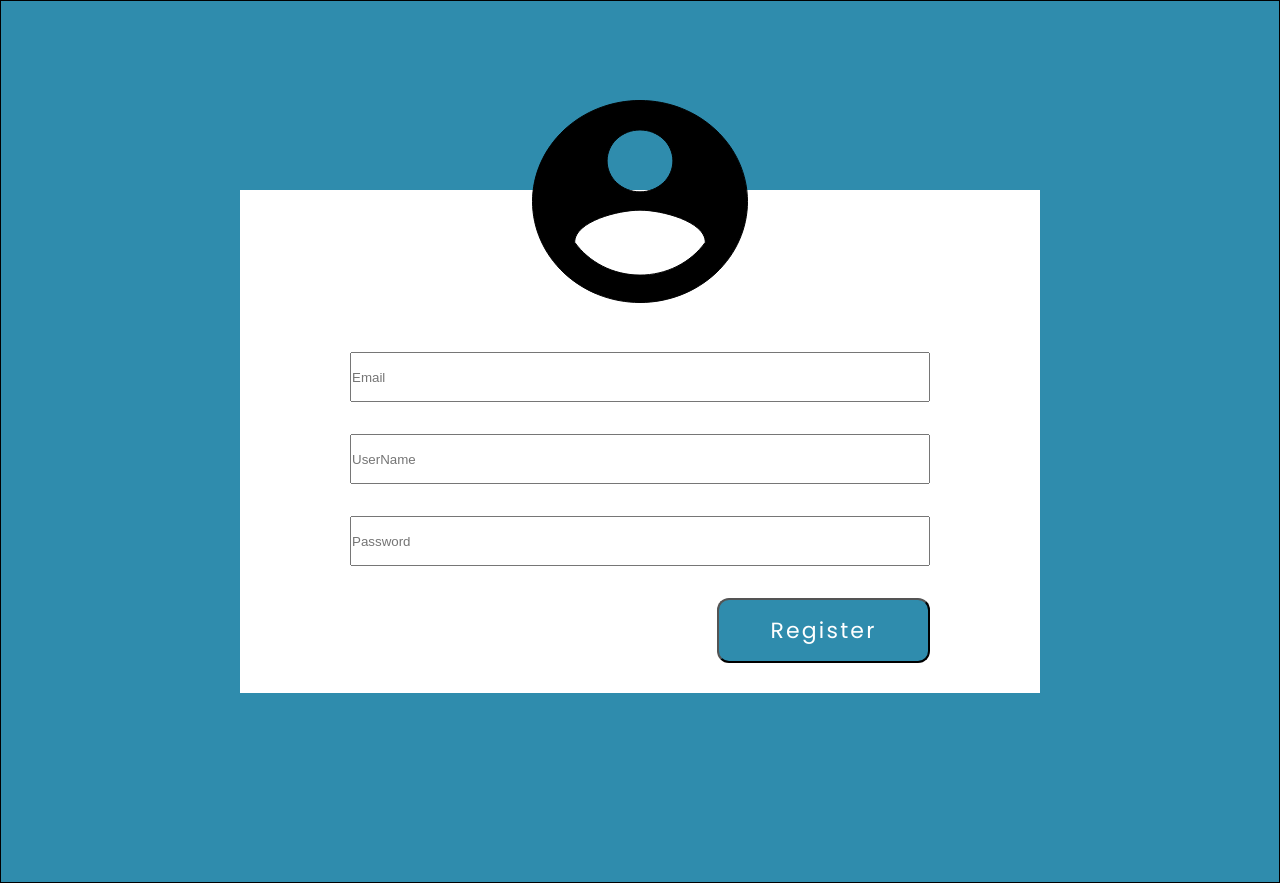
Repository: SabrinaSeydaliyeva/Agency-website
Page: pages/registerPage/index.html
The author's editor kept a copy of each file at every save. The page is drawn from the files as they stood at one save, then again after a run of saves.
The browser window is 1280 px wide. The pictures show the whole page.
The style sheet was rebuilt from its Sass, Less or Tailwind sources for each picture, by a compiler version that may differ from the author's.

Above is the page before, as saved 2023-09-14 16:16:46.

### pages/registerPage/index.html
<!DOCTYPE html>
<html lang="en">
<head>
    <meta charset="UTF-8">
    <meta http-equiv="X-UA-Compatible" content="IE=edge">
    <meta name="viewport" content="width=device-width, initial-scale=1.0">
    <title>Register</title>
    <link rel="stylesheet" href="../../css/reset.css">
    <link rel="stylesheet" href="index.css">
</head>
<body>
    <div class="container">

        <div class="form-box">
            <form action="">
                <input class="email-input" type="email" name="email"  placeholder="Email">
                <input class="name-input" type="text" name="name"  placeholder="UserName">
                <input class="password-input" type="password"  placeholder="Password">
<div class="btn">
    <button>Register</button>

</div>
            </form>
        </div>

        <div class="profil-img">
            <img src="./images/profil.svg" alt="">
        </div>

    </div>
</body>
<script src="./index.js"></script>
</html>

### pages/registerPage/index.js
let form=document.querySelector("form")
let emailInput=document.querySelector(".email-input")
let nameInput=document.querySelector(".name-input")
let passwordInput=document.querySelector(".password-input")

form.addEventListener("submit", handleRegister)

function handleRegister(e) {
e.preventDefault()
console.log(emailInput.value);
console.log(nameInput.value);
console.log(passwordInput.value);

let person ={
    email: emailInput.value,
    name: nameInput.value,
    password: passwordInput.value,
}

console.log(person);
}

### pages/registerPage/index.scss
@import url("https://fonts.googleapis.com/css2?family=Poppins&display=swap");

.container {
  width: 100%;
  min-height: 100vh;
  padding: 189px;
  display: flex;
  justify-content: center;
  align-items: center;
  border: 1px solid #000;
  background: #2f8cad;
  background: #2f8cad lightgray 50% / cover no-repeat;

  /* background: lightgray 50% / cover no-repeat; */
  box-shadow: 0px 4px 4px 0px rgba(0, 0, 0, 0.25);

  .profil-img {
    position: absolute;
    top: 100px;
    width: 216px;
    height: 203px;
  }
  .form-box {
    position: relative;
    width: 800px;
    padding: 162px 110px 30px 110px;
    background: #fff;

    form {
      input {
        margin-bottom: 32px;
        width: 100%;
        height: 50px;
      }

      .btn {
        display: flex;
        justify-content: flex-end;
        button {
          width: 213px;
          height: 65px;
          border-radius: 12px;
          background: #2f8cad;
          color: #fff;
          text-align: center;
          font-family: Poppins;
          font-size: 22px;
          font-style: normal;
          font-weight: 400;
          line-height: normal;
          letter-spacing: 2.2px;
        }
      }
    }
  }
}

Loaded but not shown: css/reset.css (common file)

After the next 2 saves:
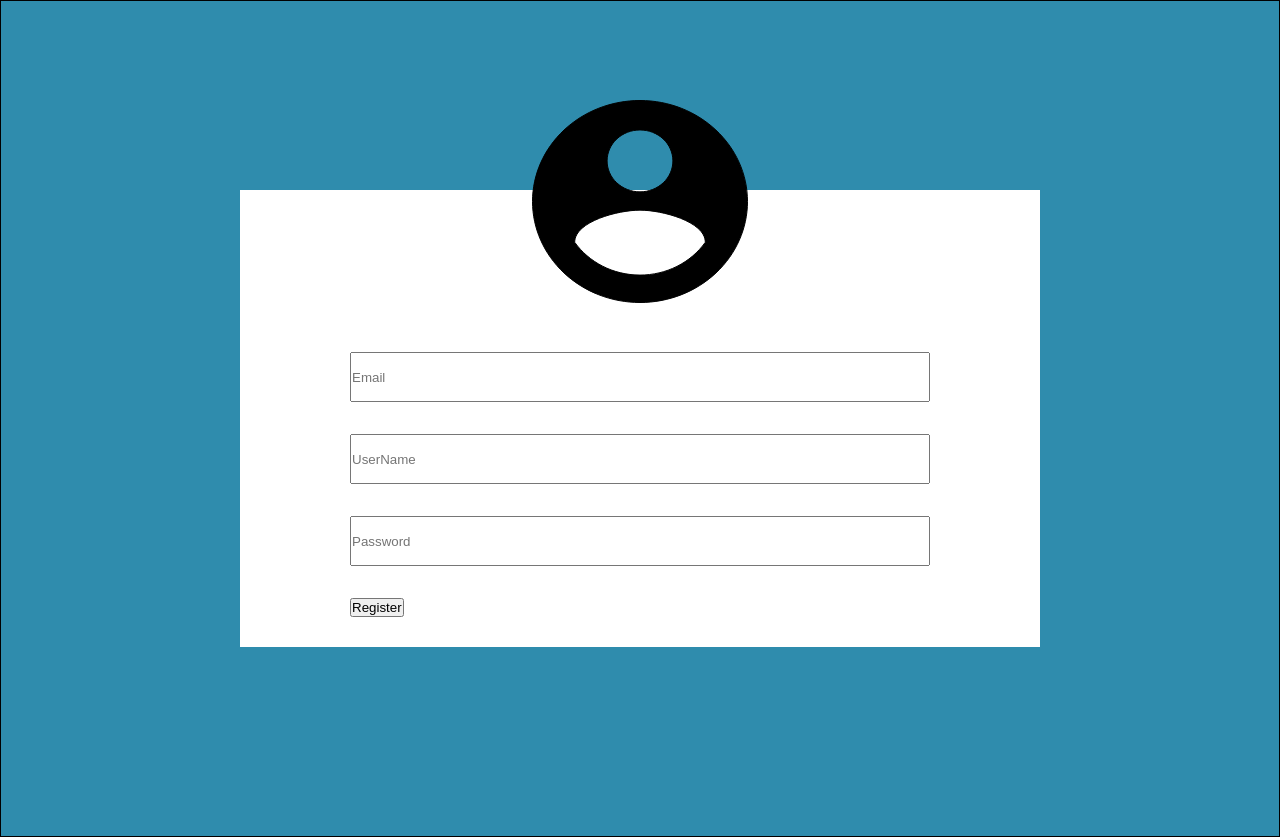
The 2 saves are shown as one change because they came seconds apart.
The last was saved 6 s later.
--- a/pages/registerPage/index.html
+++ b/pages/registerPage/index.html
@@ -16,10 +16,10 @@
                 <input class="email-input" type="email" name="email"  placeholder="Email">
                 <input class="name-input" type="text" name="name"  placeholder="UserName">
                 <input class="password-input" type="password"  placeholder="Password">
-<div class="btn">
+
     <button>Register</button>
 
-</div>
+
             </form>
         </div>
 
